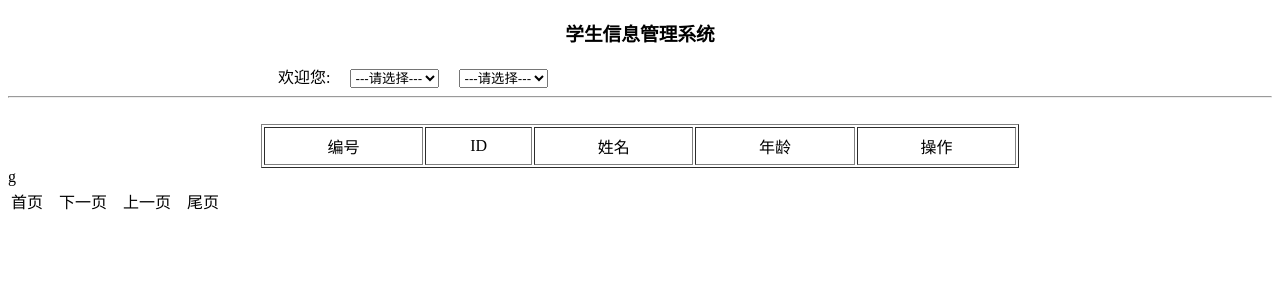
Repository: DataBoxWx/mvc_servlet_3
Page: http://localhost/crud_1/ajax/studentlist.jsp
These files come from the project's save history. The page is drawn as it stood at one moment and after the next save; the edit follows.
The browser window is 1280 px wide. The pictures show the whole page.
The page is served by Tomcat 9. Other server files are loaded and not shown.

Above is the page before, as saved 2018-05-08 07:40:39.

### crud_1/WebContent/ajax/studentlist.jsp
<%@ page language="java" contentType="text/html; charset=UTF-8"
    pageEncoding="UTF-8"%>
<%
	String basePath = request.getScheme() + "://" + request.getServerName() + ":" + 	request.getServerPort() + request.getContextPath() + "/";
%>
<!DOCTYPE html PUBLIC "-//W3C//DTD HTML 4.01 Transitional//EN" "http://www.w3.org/TR/html4/loose.dtd">
<html>
<head>
<base href="<%=basePath%>">
<meta http-equiv="Content-Type" content="text/html; charset=UTF-8">
<script type="text/javascript" src="js/jquery-1.8.3.min.js"></script>
<title>Insert title here</title>
<style type="text/css">
	td{
		text-align: center
	}
</style>
<script type="text/javascript">


	$(function(){
		$.post(
			"controller/list.do",
			function(data){
				$(data.slist).each(function(i){
					$("#tbody").append("<tr><td>"+i+"</td><td>"+this.id
							+"</td><td>"+this.name+"</td><td>"+this.age+"</td><td><a>编辑</a>||<a>删除</a></td></tr>");
				})
			},
			"json"
		)

	})
</script>
</head>
<body>
	<h3 align="center">学生信息管理系统</h3>
	<span style="margin-left: 270px" >欢迎您:${username}&nbsp;&nbsp;&nbsp;&nbsp;
		<select id="pid">
			<option>---请选择---</option>
		</select>&nbsp;&nbsp;&nbsp;&nbsp;
		<select id="cid">
			<option>---请选择---</option>
		</select>
	</span><br/>
	<hr/><br>
	<table align="center" border="1" cellpadding="6" width="60%">
		<thead>
			<tr>
				<td>编号</td>
				<td>ID</td>
				<td>姓名</td>
				<td>年龄</td>
				<td>操作</td>
			</tr>
		</thead>
		<tbody id="tbody">

		</tbody>
	</table>
	<table>
			<tr>
				<td>
					<a>首页</a>&nbsp;&nbsp;&nbsp;
					<a>下一页</a>&nbsp;&nbsp;&nbsp;
					<a>上一页</a>&nbsp;&nbsp;&nbsp;
					<a>尾页</a>
				</td>g
			</tr>
	</table>
</body>
</html>

### crud_1/src/com/bjpowernode/crud/controller/StudentController.java
 package com.bjpowernode.crud.controller;

import java.io.IOException;
import java.io.PrintWriter;
import java.util.ArrayList;
import java.util.List;

import javax.servlet.ServletException;
import javax.servlet.http.HttpServlet;
import javax.servlet.http.HttpServletRequest;
import javax.servlet.http.HttpServletResponse;

import com.bjpowernode.crud.domain.Students;
import com.bjpowernode.crud.service.StudentService;
import com.bjpowernode.crud.service.impl.StudentServiceImpl;
import com.bjpowernode.crud.util.ServiceFactory;
import com.sun.org.apache.bcel.internal.generic.NEW;

public class StudentController extends HttpServlet{
	@Override
	protected void doGet(HttpServletRequest request, HttpServletResponse response) throws ServletException, IOException {
		response.setContentType("text/html;charset=utf-8");
		StudentService studentService  = (StudentService) ServiceFactory.getService(new StudentServiceImpl());
		String path = request.getServletPath();
		if("/controller/list.do".equals(path)){
			list(request,response,studentService);
		}else if("/controller/save.do".equals(path)){
			save(request,response,studentService);
		}else if("/controller/delete.do".equals(path)){
			delete(request,response,studentService);
		}else if("/controller/update.do".equals(path)){
			update(request,response,studentService);
		}
	}
	private void update(HttpServletRequest request, HttpServletResponse response, StudentService studentService) {
		// TODO Auto-generated method stub

	}
	private void delete(HttpServletRequest request, HttpServletResponse response, StudentService studentService) {
		// TODO Auto-generated method stub

	}
	private void save(HttpServletRequest request, HttpServletResponse response, StudentService studentService) {
		// TODO Auto-generated method stub

	}
	private void list(HttpServletRequest request, HttpServletResponse response, StudentService studentService) throws IOException {
		System.out.println("进入学生列表操作");
		List<Students> slist = studentService.getAll();
		StringBuffer buffer = new StringBuffer();
		//{"slist":[{"id":"?","name":"?","age":?}]}
		buffer.append("{\"slist\":[");
		for(int i = 0; i< slist.size();i++){
			Students stu = slist.get(i);
			buffer.append("{\"id\":\"");
			buffer.append(stu.getId());
			buffer.append("\",\"name\":\"");
			buffer.append(stu.getName());
			buffer.append("\",\"age\":");
			buffer.append(stu.getAge());
			buffer.append("}");
			if( i< slist.size()-1){
				buffer.append(",");
			}
		}
		buffer.append("]}");
		System.out.println(buffer);
		PrintWriter out = response.getWriter();
		out.print(buffer.toString());
		out.close();
	}
	@Override
	protected void doPost(HttpServletRequest request, HttpServletResponse response) throws ServletException, IOException {
		this.doGet(request, response);
	}
}

Loaded but not shown: crud_1/WebContent/js/jquery-1.8.3.min.js (library)

After the next save:
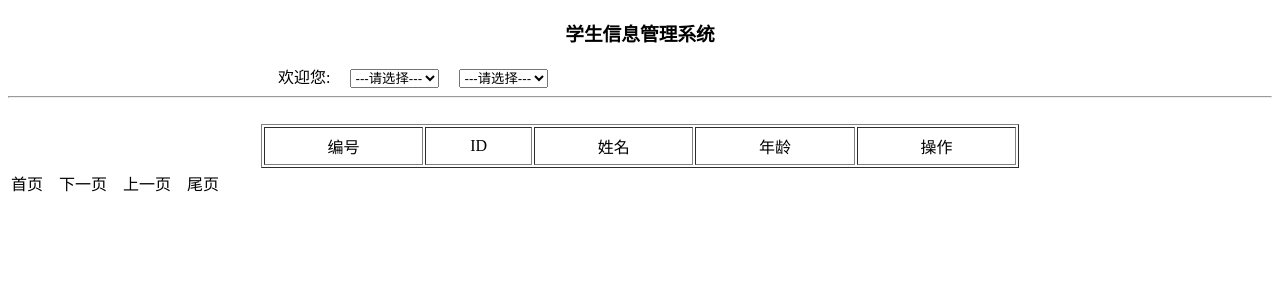
Saved 42 s later.
--- a/crud_1/WebContent/ajax/studentlist.jsp
+++ b/crud_1/WebContent/ajax/studentlist.jsp
@@ -65,7 +65,7 @@
 					<a>下一页</a>&nbsp;&nbsp;&nbsp;
 					<a>上一页</a>&nbsp;&nbsp;&nbsp;
 					<a>尾页</a>
-				</td>g
+				</td>
 			</tr>
 	</table>
 </body>
